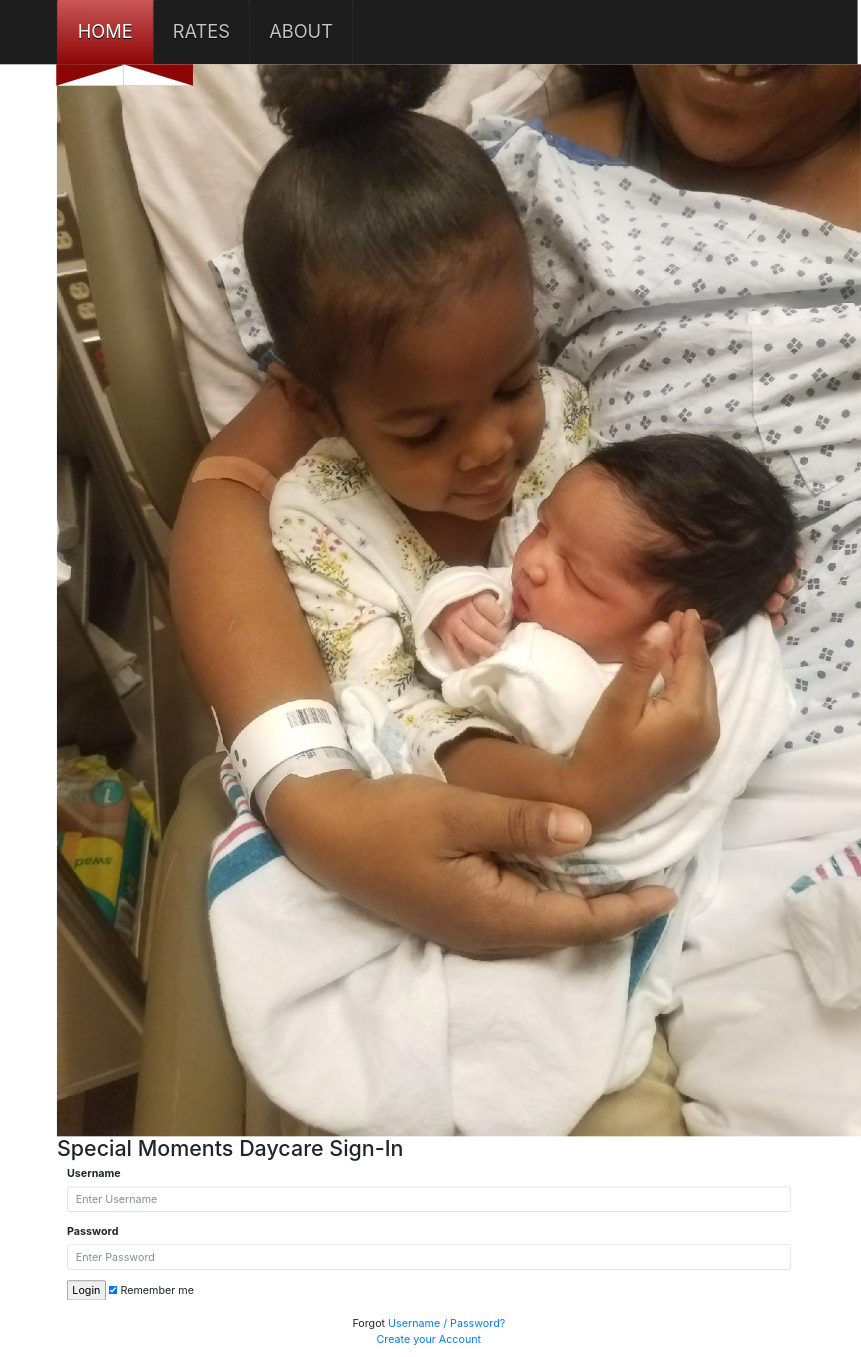
Repository: damoss08/SpecialMomentsDaycare
Page: http://localhost/SpecialMoments/WEB-INF/jsp/login.jsp
These files come from the project's save history. The page is drawn as it stood at one moment and after the next save; the edit follows.
The browser window is 1280 px wide. The page is 1285 px wide, then 1280 px, so the pictures cover 1285 px, including what lies to the right of the window. The pictures show the whole page, at 67% of full size.
Backgrounds fixed to the window are drawn as part of the page. The page is served by Tomcat 9. Nobody is signed in. Other server files are loaded and not shown. The template is opened directly, without the code that normally fills it, so the values that code supplies are empty.

Above is the page before, as saved 2018-10-18 04:23:08.
Console error (its wording comes from the project's code and is left out).
Not found: SpecialMoments/SpecialMoments/WEB-INF/css/home.css
Not found: SpecialMoments/SpecialMoments/WEB-INF/css/login.css
Not found: SpecialMoments/SpecialMoments/WEB-INF/css/styles.css

### SpecialMoments/src/main/webapp/WEB-INF/jsp/login.jsp
<html>
<head>
    <title>Special Moment's Login</title>
    <meta charset="utf-8" />
    <link href="/css/site.css" rel="stylesheet" type="text/css" />
    <link href="../SpecialMoments/css/nav.css" rel="stylesheet" type="text/css" />
    <link href="../css/home.css" rel="stylesheet" type="text/css" />
    <link href="../css/login.css" rel="stylesheet" type="text/css" />
    <link href="../css/styles.css" rel="stylesheet" type="text/css">

    <link rel="stylesheet" href="https://maxcdn.bootstrapcdn.com/bootstrap/4.0.0-beta/css/bootstrap.min.css">


</head>
<body>
    <div>
        <nav class="page-nav">
            <div class="container">
                <a href="/home.html" class="active">Home</a>
                <a href="/rates.html">Rates</a>
                <a href="/about.html">About</a>
            </div>
        </nav>
    </div>

    <div class="main">
        <div class="container">
            <div class="signup-content">
                <div class="signup-img">
                    <img src="images/IndiaNoah.jpg" alt="">
                </div>
                <div class="signup-form">
                    <form method="POST" class="register-form" id="register-form">
                        <h2>Special Moments Daycare Sign-In</h2>
                        <div class="container">
                            <div class="form-group">
                                <label for="uname"><b>Username</b></label>
                                <input type="text" class="form-control" placeholder="Enter Username" name="uname" required>
                            </div>
                            <div class="form-group">
                                <label for="psw"><b>Password</b></label>
                                <input type="password" class="form-control" placeholder="Enter Password" name="psw" required>
                            </div>
                            <div class="form-group">
                                <button type="submit">Login</button>
                                <label>
                                    <input type="checkbox" checked="checked" name="remember"> Remember me
                                </label>
                             </div>
                            </div>

                        <div class="text-center p-t-12">
                            <span class="txt1">
                                Forgot
                            </span>
                            <a class="txt2" href="#">
                                Username / Password?
                            </a>
                        </div>

                        <div class="text-center p-t-136">
                            <a class="txt2" href="/register.html">
                                Create your Account
                                <i class="fa fa-long-arrow-right m-l-5" aria-hidden="true"></i>
                            </a>
                        </div>
                    </form>
                </div>
            </div>
        </div>

    </div>

    <!-- JS -->
    <script src="https://ajax.googleapis.com/ajax/libs/jquery/3.3.1/jquery.min.js"></script>
    <script src="https://maxcdn.bootstrapcdn.com/bootstrap/4.0.0-beta/js/bootstrap.min.js" crossorigin="anonymous"></script>
</body>
</html>

### SpecialMoments/src/main/resources/static/css/nav.css
/* Styles for navigation*/

nav.page-nav {
    background-color: #1d1d1d;
    line-height: 6rem;
    font-size: 1.7rem;
}

nav.page-nav .container {
    display: -ms-flexbox;
    display: flex;
}

nav.page-nav a {
        display: block;
        min-width: 9rem;
        padding:0 1.8rem;
        border-right: 1px dotted #3D3D3D;
        text-decoration:none;
        text-transform:uppercase;
        text-align:center;
        color: #c3c3c3;
        text-shadow: 0 1px 0 #000;
}

nav.page-nav a:first-child {
        border-left: 1px dotted #3D3D3D;
}

nav.page-nav a:hover {
        color: #e4e4e4;
        background-color: black;
}

nav.page-nav .active {
        color: #fff;

        /*Background gradient effects */
        background: -moz-linear-gradient(#C95656, #8d0606);
        background: linear-gradient(#C95656, #8d0606);

}

nav.page-nav .active:hover {
        color: #fff; /*Overrides  hover effect for active page link*/
}

nav.page-nav .active:hover {
    color: #fff;  /* Overrides hiver effect for active page link */
}

nav.page-nav .active:before {
    position: absolute;
    top: 6rem;
    display: block;
    height:0;
    width: 0;
    margin-left: -1.9rem;
    border-top: 2rem solid #8d0606;
    border-right: 6.5rem solid;
    content: "";
}

nav.page-nav .active:after /* Create ribbon effect on active link */ {
    position: absolute;
    display: block;
    height: 0;
    width: 0;
    margin-left: 4.3rem;
    border-top: 2rem solid #8d0606;
    border-left: 6.5rem solid;
    content: "";
}

### SpecialMoments/src/main/resources/static/css/home.css
body, html {
    height: 100%;
}

.bg {
    /* The image used */
    background-image: url("../../images/IndiaNoah.jpg");

    /* Full height */
    height: 100%;

    /* Center and scale the image nicely */
    background-position: center;
    background-repeat: no-repeat;
    background-size: cover;
}

### SpecialMoments/src/main/resources/static/css/login.css
/*--
Author: Colorlib
Author URL: https://colorlib.com
License: Creative Commons Attribution 3.0 Unported
License URL: http://creativecommons.org/licenses/by/3.0/
--*/
/*-- reset --*/
html, body, div, span, applet, object, iframe, h1, h2, h3, h4, h5, h6, p, blockquote, pre, a, abbr, acronym, address, big, cite, code, del, dfn, em, img, ins, kbd, q, s, samp, small, strike, strong, sub, sup, tt, var, b, u, i, dl, dt, dd, ol, nav ul, nav li, fieldset, form, label, legend, table, caption, tbody, tfoot, thead, tr, th, td, article, aside, canvas, details, embed, figure, figcaption, footer, header, hgroup, menu, nav, output, ruby, section, summary, time, mark, audio, video {
  margin: 0;
  padding: 0;
  border: 0;
  font-size: 100%;
  font: inherit;
  vertical-align: baseline;
}

article, aside, details, figcaption, figure, footer, header, hgroup, menu, nav, section {
  display: block;
}

ol, ul {
  list-style: none;
  margin: 0px;
  padding: 0px;
}

blockquote, q {
  quotes: none;
}

blockquote:before, blockquote:after, q:before, q:after {
  content: '';
  content: none;
}

table {
  border-collapse: collapse;
  border-spacing: 0;
}

/*-- start editing from here --*/
a {
  text-decoration: none;
}

.txt-rt {
  text-align: right;
}

/* text align right */
.txt-lt {
  text-align: left;
}

/* text align left */
.txt-center {
  text-align: center;
}

/* text align center */
.float-rt {
  float: right;
}

/* float right */
.float-lt {
  float: left;
}

/* float left */
.clear {
  clear: both;
}

/* clear float */
.pos-relative {
  position: relative;
}

/* Position Relative */
.pos-absolute {
  position: absolute;
}

/* Position Absolute */
.vertical-base {
  vertical-align: baseline;
}

/* vertical align baseline */
.vertical-top {
  vertical-align: top;
}

/* vertical align top */
nav.vertical ul li {
  display: block;
}

/* vertical menu */
nav.horizontal ul li {
  display: inline-block;
}

/* horizontal menu */
img {
  max-width: 100%;
}

/*-- end reset --*/
body {
  background: #76b852;
  /* fallback for old browsers */
  background: -webkit-linear-gradient(to top, #76b852, #8DC26F);
  background: -moz-linear-gradient(to top, #76b852, #8DC26F);
  background: -o-linear-gradient(to top, #76b852, #8DC26F);
  background: linear-gradient(to top, #76b852, #8DC26F);
  background-size: cover;
  background-attachment: fixed;
  font-family: 'Roboto', sans-serif;
}

h1 {
  font-size: 3em;
  text-align: center;
  color: #fff;
  font-weight: 100;
  text-transform: capitalize;
  letter-spacing: 4px;
  font-family: 'Roboto', sans-serif;
}

/*-- main --*/
.main-w3layouts {
  padding: 3em 0 1em;
}

.main-agileinfo {
  width: 35%;
  margin: 3em auto;
  background: rgba(0, 0, 0, 0.18);
  background-size: cover;
}

.agileits-top {
  padding: 3em;
}

input[type="text"], input[type="email"], input[type="password"] {
  font-size: 0.9em;
  color: #fff;
  font-weight: 100;
  width: 94.5%;
  display: block;
  border: none;
  padding: 0.8em;
  border: solid 1px rgba(255, 255, 255, 0.37);
  -webkit-transition: all 0.3s cubic-bezier(0.64, 0.09, 0.08, 1);
  transition: all 0.3s cubic-bezier(0.64, 0.09, 0.08, 1);
  background: -webkit-linear-gradient(top, rgba(255, 255, 255, 0) 96%, #fff 4%);
  background: linear-gradient(to bottom, rgba(255, 255, 255, 0) 96%, #fff 4%);
  background-position: -800px 0;
  background-size: 100%;
  background-repeat: no-repeat;
  color: #fff;
  font-family: 'Roboto', sans-serif;
}

input.email, input.text.w3lpass {
  margin: 2em 0;
}

.text:focus, .text:valid {
  box-shadow: none;
  outline: none;
  background-position: 0 0;
}

.text:focus::-webkit-input-placeholder, .text:valid::-webkit-input-placeholder {
  color: rgba(255, 255, 255, 0.7);
  font-size: .9em;
  -webkit-transform: translateY(-30px);
  -moz-transform: translateY(-30px);
  -o-transform: translateY(-30px);
  -ms-transform: translateY(-30px);
  transform: translateY(-30px);
  visibility: visible !important;
}

::-webkit-input-placeholder {
  color: #fff;
  font-weight: 100;
}

:-moz-placeholder {
  /* Firefox 18- */
  color: #fff;
}

::-moz-placeholder {
  /* Firefox 19+ */
  color: #fff;
}

:-ms-input-placeholder {
  color: #fff;
}

input[type="submit"] {
  font-size: .9em;
  color: #fff;
  background: #76b852;
  outline: none;
  border: 1px solid #76b852;
  cursor: pointer;
  padding: 0.9em;
  -webkit-appearance: none;
  width: 100%;
  margin: 2em 0;
  letter-spacing: 4px;
}

input[type="submit"]:hover {
  -webkit-transition: .5s all;
  -moz-transition: .5s all;
  -o-transition: .5s all;
  -ms-transition: .5s all;
  transition: .5s all;
  background: #8DC26F;
}

.agileits-top p {
  font-size: 1em;
  color: #fff;
  text-align: center;
  letter-spacing: 1px;
  font-weight: 300;
}

.agileits-top p a {
  color: #fff;
  -webkit-transition: .5s all;
  -moz-transition: .5s all;
  transition: .5s all;
  font-weight: 400;
}

.agileits-top p a:hover {
  color: #76b852;
}

/*-- //main --*/
/*-- checkbox --*/
.wthree-text label {
  font-size: 0.9em;
  color: #fff;
  font-weight: 200;
  cursor: pointer;
  position: relative;
}

input.checkbox {
  background: #8DC26F;
  cursor: pointer;
  width: 1.2em;
  height: 1.2em;
}

input.checkbox:before {
  content: "";
  position: absolute;
  width: 1.2em;
  height: 1.2em;
  background: inherit;
  cursor: pointer;
}

input.checkbox:after {
  content: "";
  position: absolute;
  top: 0px;
  left: 0;
  z-index: 1;
  width: 1.2em;
  height: 1.2em;
  border: 1px solid #fff;
  -webkit-transition: .4s ease-in-out;
  -moz-transition: .4s ease-in-out;
  -o-transition: .4s ease-in-out;
  transition: .4s ease-in-out;
}

input.checkbox:checked:after {
  -webkit-transform: rotate(-45deg);
  -moz-transform: rotate(-45deg);
  -o-transform: rotate(-45deg);
  -ms-transform: rotate(-45deg);
  transform: rotate(-45deg);
  height: .5rem;
  border-color: #fff;
  border-top-color: transparent;
  border-right-color: transparent;
}

.anim input.checkbox:checked:after {
  -webkit-transform: rotate(-45deg);
  -moz-transform: rotate(-45deg);
  -o-transform: rotate(-45deg);
  -ms-transform: rotate(-45deg);
  transform: rotate(-45deg);
  height: .5rem;
  border-color: transparent;
  border-right-color: transparent;
  animation: .4s rippling .4s ease;
  animation-fill-mode: forwards;
}

@keyframes rippling {
  50% {
    border-left-color: #fff;
  }

  100% {
    border-bottom-color: #fff;
    border-left-color: #fff;
  }
}

/*-- //checkbox --*/
/*-- copyright --*/
.colorlibcopy-agile {
  margin: 2em 0 1em;
  text-align: center;
}

.colorlibcopy-agile p {
  font-size: .9em;
  color: #fff;
  line-height: 1.8em;
  letter-spacing: 1px;
  font-weight: 100;
}

.colorlibcopy-agile p a {
  color: #fff;
  transition: 0.5s all;
  -webkit-transition: 0.5s all;
  -moz-transition: 0.5s all;
  -o-transition: 0.5s all;
  -ms-transition: 0.5s all;
}

.colorlibcopy-agile p a:hover {
  color: #000;
}

/*-- //copyright --*/
.wrapper {
  position: relative;
  overflow: hidden;
}

.colorlib-bubbles {
  position: absolute;
  top: 0;
  left: 0;
  width: 100%;
  height: 100%;
  z-index: -1;
}

.colorlib-bubbles li {
  position: absolute;
  list-style: none;
  display: block;
  width: 40px;
  height: 40px;
  background-color: rgba(255, 255, 255, 0.15);
  bottom: -160px;
  -webkit-animation: square 20s infinite;
  -moz-animation: square 250s infinite;
  -o-animation: square 20s infinite;
  -ms-animation: square 20s infinite;
  animation: square 20s infinite;
  -webkit-transition-timing-function: linear;
  -moz-transition-timing-function: linear;
  -o-transition-timing-function: linear;
  -ms-transition-timing-function: linear;
  transition-timing-function: linear;
  -webkit-border-radius: 50%;
  -moz-border-radius: 50%;
  -o-border-radius: 50%;
  -ms-border-radius: 50%;
  border-radius: 50%;
}

.colorlib-bubbles li:nth-child(1) {
  left: 10%;
}

.colorlib-bubbles li:nth-child(2) {
  left: 20%;
  width: 80px;
  height: 80px;
  -webkit-animation-delay: 2s;
  -moz-animation-delay: 2s;
  -o-animation-delay: 2s;
  -ms-animation-delay: 2s;
  animation-delay: 2s;
  -webkit-animation-duration: 17s;
  -moz-animation-duration: 17s;
  -o-animation-duration: 17s;
  animation-duration: 17s;
}

.colorlib-bubbles li:nth-child(3) {
  left: 25%;
  -webkit-animation-delay: 4s;
  -moz-animation-delay: 4s;
  -o-animation-delay: 4s;
  -ms-animation-delay: 4s;
  animation-delay: 4s;
}

.colorlib-bubbles li:nth-child(4) {
  left: 40%;
  width: 60px;
  height: 60px;
  -webkit-animation-duration: 22s;
  -moz-animation-duration: 22s;
  -o-animation-duration: 22s;
  -ms-animation-duration: 22s;
  animation-duration: 22s;
  background-color: rgba(255, 255, 255, 0.25);
}

.colorlib-bubbles li:nth-child(5) {
  left: 70%;
}

.colorlib-bubbles li:nth-child(6) {
  left: 80%;
  width: 120px;
  height: 120px;
  -webkit-animation-delay: 3s;
  -moz-animation-delay: 3s;
  -o-animation-delay: 3s;
  -ms-animation-delay: 3s;
  animation-delay: 3s;
  background-color: rgba(255, 255, 255, 0.2);
}

.colorlib-bubbles li:nth-child(7) {
  left: 32%;
  width: 160px;
  height: 160px;
  -webkit-animation-delay: 7s;
  -moz-animation-delay: 7s;
  -o-animation-delay: 7s;
  -ms-animation-delay: 7s;
  animation-delay: 7s;
}

.colorlib-bubbles li:nth-child(8) {
  left: 55%;
  width: 20px;
  height: 20px;
  -webkit-animation-delay: 15s;
  -moz-animation-delay: 15s;
  animation-delay: 15s;
  -webkit-animation-duration: 40s;
  -moz-animation-duration: 40s;
  animation-duration: 40s;
}

.colorlib-bubbles li:nth-child(9) {
  left: 25%;
  width: 10px;
  height: 10px;
  -webkit-animation-delay: 2s;
  animation-delay: 2s;
  -webkit-animation-duration: 40s;
  animation-duration: 40s;
  background-color: rgba(255, 255, 255, 0.3);
}

.colorlib-bubbles li:nth-child(10) {
  left: 90%;
  width: 160px;
  height: 160px;
  -webkit-animation-delay: 11s;
  animation-delay: 11s;
}

@-webkit-keyframes square {
  0% {
    -webkit-transform: translateY(0);
    -moz-transform: translateY(0);
    -o-transform: translateY(0);
    -ms-transform: translateY(0);
    transform: translateY(0);
  }

  100% {
    -webkit-transform: translateY(-700px) rotate(600deg);
    -moz-transform: translateY(-700px) rotate(600deg);
    -o-transform: translateY(-700px) rotate(600deg);
    -ms-transform: translateY(-700px) rotate(600deg);
    transform: translateY(-700px) rotate(600deg);
  }
}

@keyframes square {
  0% {
    -webkit-transform: translateY(0);
    -moz-transform: translateY(0);
    -o-transform: translateY(0);
    -ms-transform: translateY(0);
    transform: translateY(0);
  }

  100% {
    -webkit-transform: translateY(-700px) rotate(600deg);
    -moz-transform: translateY(-700px) rotate(600deg);
    -o-transform: translateY(-700px) rotate(600deg);
    -ms-transform: translateY(-700px) rotate(600deg);
    transform: translateY(-700px) rotate(600deg);
  }
}

/*-- responsive-design --*/
@media(max-width:1440px) {
  input[type="text"], input[type="email"], input[type="password"] {
    width: 94%;
  }
}

@media(max-width:1366px) {
  h1 {
    font-size: 2.6em;
  }

  .agileits-top {
    padding: 2.5em;
  }

  .main-agileinfo {
    margin: 2em auto;
  }

  .main-agileinfo {
    width: 36%;
  }
}

@media(max-width:1280px) {
  .main-agileinfo {
    width: 40%;
  }
}

@media(max-width:1080px) {
  .main-agileinfo {
    width: 46%;
  }
}

@media(max-width:1024px) {
  .main-agileinfo {
    width: 49%;
  }
}

@media(max-width:991px) {
  h1 {
    font-size: 2.4em;
  }

  .main-w3layouts {
    padding: 2em 0 1em;
  }
}

@media(max-width:900px) {
  .main-agileinfo {
    width: 58%;
  }

  input[type="text"], input[type="email"], input[type="password"] {
    width: 93%;
  }
}

@media(max-width:800px) {
  h1 {
    font-size: 2.2em;
  }
}

@media(max-width:736px) {
  .main-agileinfo {
    width: 62%;
  }
}

@media(max-width:667px) {
  .main-agileinfo {
    width: 67%;
  }
}

@media(max-width:600px) {
  .agileits-top {
    padding: 2.2em;
  }

  input.email, input.text.w3lpass {
    margin: 1.5em 0;
  }

  input[type="submit"] {
    margin: 2em 0;
  }

  h1 {
    font-size: 2em;
    letter-spacing: 3px;
  }
}

@media(max-width:568px) {
  .main-agileinfo {
    width: 75%;
  }

  .colorlibcopy-agile p {
    padding: 0 2em;
  }
}

@media(max-width:480px) {
  h1 {
    font-size: 1.8em;
    letter-spacing: 3px;
  }

  .agileits-top {
    padding: 1.8em;
  }

  input[type="text"], input[type="email"], input[type="password"] {
    width: 91%;
  }

  .agileits-top p {
    font-size: 0.9em;
  }
}

@media(max-width:414px) {
  h1 {
    font-size: 1.8em;
    letter-spacing: 2px;
  }

  .main-agileinfo {
    width: 85%;
    margin: 1.5em auto;
  }

  .text:focus, .text:valid {
    background-position: 0 0px;
  }

  .wthree-text ul li, .wthree-text ul li:nth-child(2) {
    display: block;
    float: none;
  }

  .wthree-text ul li:nth-child(2) {
    margin-top: 1.5em;
  }

  input[type="submit"] {
    margin: 2em 0 1.5em;
    letter-spacing: 3px;
  }

  input[type="submit"] {
    margin: 2em 0 1.5em;
  }

  .colorlibcopy-agile {
    margin: 1em 0 1em;
  }
}

@media(max-width:384px) {
  .main-agileinfo {
    width: 88%;
  }

  .colorlibcopy-agile p {
    padding: 0 1em;
  }
}

@media(max-width:375px) {
  .agileits-top p {
    letter-spacing: 0px;
  }
}

@media(max-width:320px) {
  .main-w3layouts {
    padding: 1.5em 0 0;
  }

  .agileits-top {
    padding: 1.2em;
  }

  .colorlibcopy-agile {
    margin: 0 0 1em;
  }

  input[type="text"], input[type="email"], input[type="password"] {
    width: 89.5%;
    font-size: 0.85em;
  }

  h1 {
    font-size: 1.7em;
    letter-spacing: 0px;
  }

  .main-agileinfo {
    width: 92%;
    margin: 1em auto;
  }

  .text:focus, .text:valid {
    background-position: 0 0px;
  }

  input[type="submit"] {
    margin: 1.5em 0;
    padding: 0.8em;
    font-size: .85em;
  }

  .colorlibcopy-agile p {
    font-size: .85em;
  }

  .wthree-text label {
    font-size: 0.85em;
  }

  .main-w3layouts {
    padding: 1em 0 0;
  }
}

After the next save:
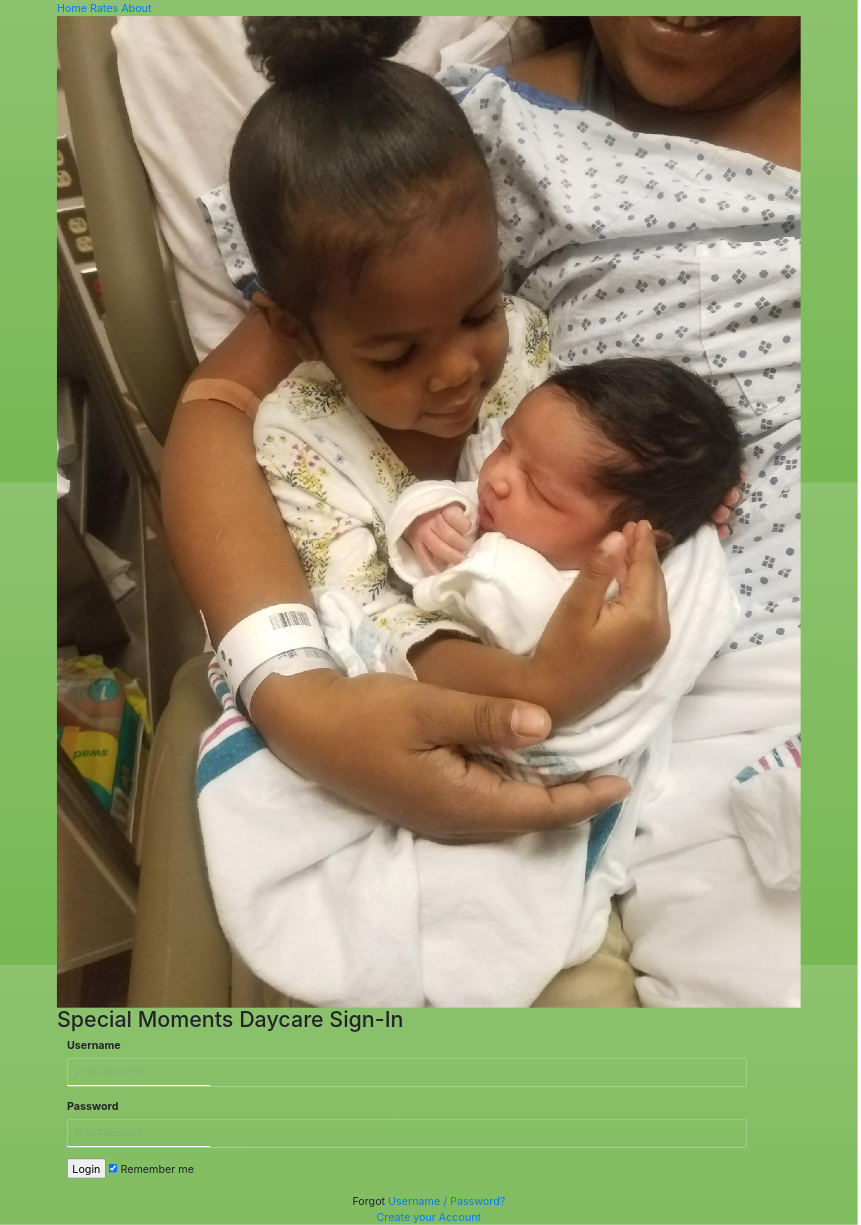
Not found: SpecialMoments/css/nav.css
Not found: SpecialMoments/css/styles.css
Saved 4 min 4 s later.
--- a/SpecialMoments/src/main/webapp/WEB-INF/jsp/login.jsp
+++ b/SpecialMoments/src/main/webapp/WEB-INF/jsp/login.jsp
@@ -3,10 +3,10 @@
     <title>Special Moment's Login</title>
     <meta charset="utf-8" />
     <link href="/css/site.css" rel="stylesheet" type="text/css" />
-    <link href="../SpecialMoments/css/nav.css" rel="stylesheet" type="text/css" />
-    <link href="../css/home.css" rel="stylesheet" type="text/css" />
-    <link href="../css/login.css" rel="stylesheet" type="text/css" />
-    <link href="../css/styles.css" rel="stylesheet" type="text/css">
+    <link href="/css/nav.css" rel="stylesheet" type="text/css" />
+    <link href="/css/home.css" rel="stylesheet" type="text/css" />
+    <link href="/css/login.css" rel="stylesheet" type="text/css" />
+    <link href="/css/styles.css" rel="stylesheet" type="text/css">
 
     <link rel="stylesheet" href="https://maxcdn.bootstrapcdn.com/bootstrap/4.0.0-beta/css/bootstrap.min.css">
 
